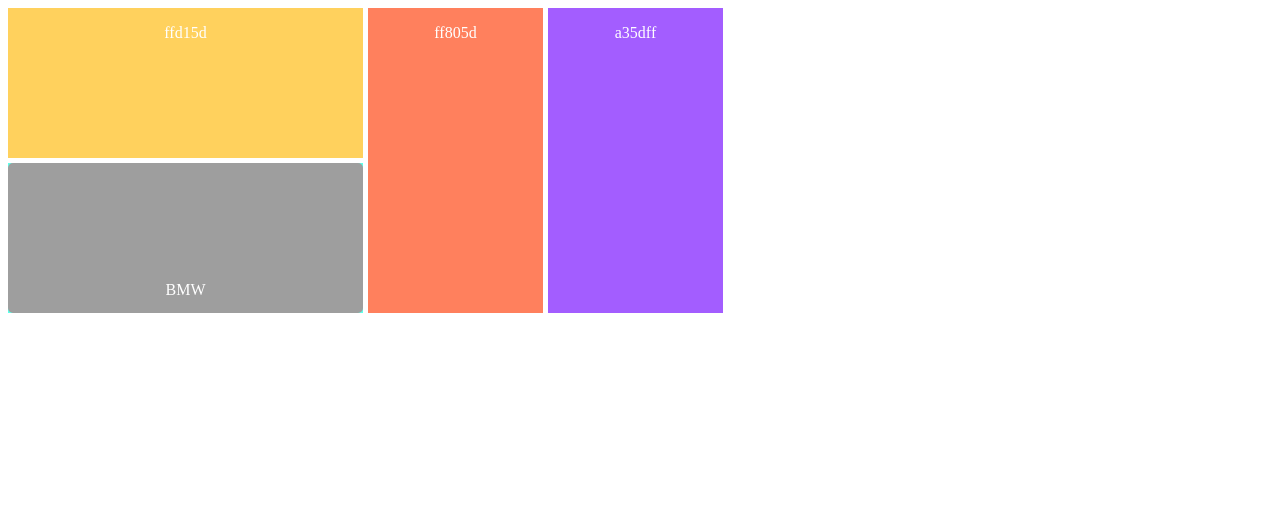
Repository: YoussefElsaygh/metrostyle
Page: index.html
An editor plug-in stored every save of this project. The page is shown before and after a run of saves, followed by the edit.
The browser window is 1280 px wide. The pictures show the whole page.
Pictures or frames that could not be fetched are drawn as grey boxes.

Above is the page before, as saved 2019-12-16 04:12:46.

### index.html
<!DOCTYPE html>
<html lang="en">
<head>
    <meta charset="UTF-8">
    <meta name="viewport" content="width=device-width, initial-scale=1.0">
    <meta http-equiv="X-UA-Compatible" content="ie=edge">
    <link  type="text/css" rel="stylesheet" href="index.css"/>

    <title>MetroStyle Colors</title>
</head>
<body>
 <div class="wrapper" id="wrapper"></div>
</body>
<script src="index.js"></script>
</html>

### index.css
.wrapper {
    overflow-x: scroll;
    overflow-y: hidden;
    width: 100%;
    display: grid;
    grid-gap: 5px;
    grid-template-columns:repeat(10,175px);
    grid-template-rows:repeat(3, 150px);
  }

### index.js
var scoperows=3;
var scopecols=1;
var scopeimages=[{
    type: 2,
    align:'horizontal',

    data: {
        imageSource:"https://images.cdn.circlesix.co/image/1/1920/0/uploads/articles/manhart-i8-543e473b4a19b.jpg",
        clickCallback: () => {
            console.log("item clicked ");
        },
        backgroundStyle: {
            backgroundColor: "#5dffe9"
        },
        text: {
            label: "BMW",
            textStyle: {
                color: "white"
            }
        },
    },
},
{
    type: 2,
    align:'vertical',

    data: {
        backgroundStyle: {
            backgroundColor: "#ff805d"
        },
        clickCallback: () => {
            console.log("item clicked ");
        },
        text: {
            label: "ff805d",
            textStyle: {
                color: "White"
            }
        }

    }},{
        type: 2,
        align:'horizontal',

        data: {
            backgroundStyle: {
                backgroundColor: "#ffd15d"
            },
            clickCallback: () => {
                console.log("item clicked ");
            },

            text: {
                label: "ffd15d",
                textStyle: {
                    color: "White"
                }
            }

        }},{
            type: 2,
            align:'vertical',

            data: {

                clickCallback: () => {
                    console.log("item clicked ");
                },
                backgroundStyle: {
                    backgroundColor: "#a35dff"
                },
                text: {
                    label: "a35dff",
                    textStyle: {
                        color: "White"
                    }
                }

            }}]

                var scopegridView = new Array(scoperows);
                            for (let i = 0; i < scopegridView.length; i++) {
                                scopegridView[i] = new Array(scopecols);
                                for (let j = 0; j < scopegridView[i].length; j++) {
                                    scopegridView[i][j] = 0;
                                }
                            }

                            for (let i = 0; i < scopeimages.length; i++) {
                                draw(scopeimages[i]);
                            }

            function setStyle(elem, propertyObject) {
                for (var property in propertyObject)
                    elem.style[property] = propertyObject[property];
            }

            function populateDataInField({row, col, img, divStyle, imageStyle}) {
                 if(img.align=='horizontal') {
                    for (let i = 0; i < img.type; i++) {
                        scopegridView[row][col + i] = 1;
                    }
                }
                else{
                    for (let i = 0; i < img.type; i++) {
                        scopegridView[row + i][col] = 1;
                    }
                }

                let div = document.createElement("DIV");
                let image = document.createElement("IMG");
                let paragraph = document.createElement("P");

                setStyle(div, divStyle);

                if (img.data) {
                    div.onclick = img.data.clickCallback;
                    setStyle(div, img.data.backgroundStyle);
                    if (img.data.imageSource) {
                        /**
                         * In case of full block image
                         * @type {string}
                         */
                        image.src = img.data.imageSource;
                        image.onerror = function() {
                            if(img.data.imageErrSrc){
                            image.src = img.data.imageErrSrc;
                            }

                        }

                        setStyle(image, {
                            maxWidth: "100%",
                            height: "100%",
                            width: "100%",
                            objectFit: "cover",
                            objectPosition:'100% 20%',
                            borderRadius:"5px"

                        });
                        setStyle(image, imageStyle);
                        div.appendChild(image);
                        if (img.data.text && img.data.text.label) {
                            setStyle(paragraph, {
                                position: "relative",
                                top: "-52px",
                                wordBreak: 'break-word'
                            });
                        }
                    } else {
                        /**
                         * In case of small icon only
                         */
                        if (img.data.icon && img.data.icon.iconSource) {
                            image.src = img.data.icon.iconSource;
                            setStyle(image, {
                                maxWidth: "50%",
                                padding: "10px"
                            });
                            setStyle(image, img.data.icon.iconStyle);
                            div.appendChild(image);
                            if (img.data.text && img.data.text.label) {
                                // setStyle(paragraph, {
                                //   paddingTop: ""
                                // });
                            }
                        }
                    }
                    if (img.data.text) {
                        if (img.data.text.label) {
                            paragraph.innerHTML = img.data.text.label;

                            setStyle(paragraph, {
                                textAlign: "center"
                            });
                            setStyle(paragraph, img.data.text.textStyle);

                            div.appendChild(paragraph);
                        }
                    }
                }
                document.getElementById("wrapper").appendChild(div);
            }

            function compareRowArray(col, row, gridView, type) {
                if (type == 0) {
                    return true;
                } else {
                    return (
                        gridView[row + type - 1][col] == 0 &&
                        compareRowArray(col, row, gridView, type - 1)
                    );
                }
            }

            function compareColArray(col, row, gridView, type) {
                if (type == 0) {
                    return true;
                } else {
                    return (
                        gridView[row][col + type - 1] == 0 &&
                        compareColArray(col, row, gridView, type - 1)
                    );
                }
            }

            function addColumn(var_rows, var_cols, gridView) {
                for (let i = 0; i < scoperows; i++) {
                    gridView[i].push(0);
                }
                scopecols++;
            }

            /**
             * return true in case there is no available row
             * @returns {boolean}
             */
            function rowCheckAvaialble(row, type) {
                return row < scoperows - type + 1;
            }

            /**
             * return true in case there is no available column
             * @returns {boolean}
             */
            function colCheckAvaialble(col, type) {
                return col < scopecols - type + 1;
            }

            function checkAvailableSinglePlace() {
                for (var i = 0; i < scoperows; i++) {
                    for (var j = 0; j < scopecols; j++) {
                        if (scopegridView[i][j] == 0) {
                            return true;
                        }
                    }
                }
                return false;
            }

            function checkAvailableVerticalPlace(type) {
                for (let i = 0; i < scoperows; i++) {
                    for (let j = 0; j < scopecols; j++) {
                        if (i + type - 1 < scoperows)
                            if (compareRowArray(j, i, scopegridView, type)) {
                                return true;
                            }
                    }
                }
                return false;
            }

            function checkAvailableTripleHorizontalPlace(type) {
                for (let i = 0; i < scoperows; i++) {
                    for (let j = 0; j < scopecols; j++) {
                        if (j + type - 1 < scopecols)
                            if (compareColArray(j, i, scopegridView, type)) {
                                return true;
                            }
                    }
                }
                return false;
            }

            function rowPopulation({row, col, img}) {
                populateDataInField({
                    row,
                    col,
                    img,
                    divStyle: {
                        gridColumnStart: col + 1,
                        gridColumnEnd: col + 2,
                        gridRowStart: row + 1,
                        gridRowEnd: row + img.type + 1
                        // borderRadius:'5px'
                    }
                });
            }

            function colPopulation({row, col, img}) {
                populateDataInField({
                    row,
                    col,
                    img,
                    divStyle: {
                        gridColumnStart: col + 1,
                        gridColumnEnd: col + 1 + img.type,
                        gridRowStart: row + 1,
                        gridRowEnd: row + 2
                        // borderRadius:'5px'

                    }
                });
            }

            function draw(img) {
                outer_loop: for (let col = 0; col < scopecols; col++) {
                    for (let row = 0; row < scoperows; row++) {
                        switch (img.align) {
                            case 'vertical':
                                case undefined:

                                if (checkAvailableVerticalPlace(img.type)) {
                                    if (rowCheckAvaialble(row, img.type) && compareRowArray(col, row, scopegridView, img.type)) {
                                        rowPopulation({row, col, img});
                                        break outer_loop;
                                    }

                                } else {
                                    addColumn(scoperows, scopecols, scopegridView);
                                }

                                break;
                            case 'horizontal':
                                if (checkAvailableTripleHorizontalPlace(img.type)) {
                                    if (colCheckAvaialble(col, img.type) && compareColArray(col, row, scopegridView, img.type)) {
                                        colPopulation({row, col, img});
                                        break outer_loop;
                                    }

                                } else {
                                    addColumn(scoperows, scopecols, scopegridView);
                                }
                                break;
                                default:
                                        if (
                                                    scopegridView[row][col] != 0 &&
                                                    !checkAvailableSinglePlace()
                                                ) {
                                                    addColumn(scoperows, scopecols, scopegridView);
                                                    break;
                                                }

                                                if (scopegridView[row][col] == 0) {
                                                    scopegridView[row][col] = 1;
                                                    populateDataInField({
                                                        row,
                                                        col,
                                                        img,
                                                        divStyle: {
                                                            gridColumnStart: col + 1,
                                                            gridColumnEnd: col + 2,
                                                            gridRowStart: row + 1,
                                                            gridRowEnd: row + 2
                                                            // borderRadius:'5px',

                                                        }
                                                    });

                                                    break outer_loop;
                                                }
                                    break;
                        }
                    }
                }
            }

After the next 2 saves:
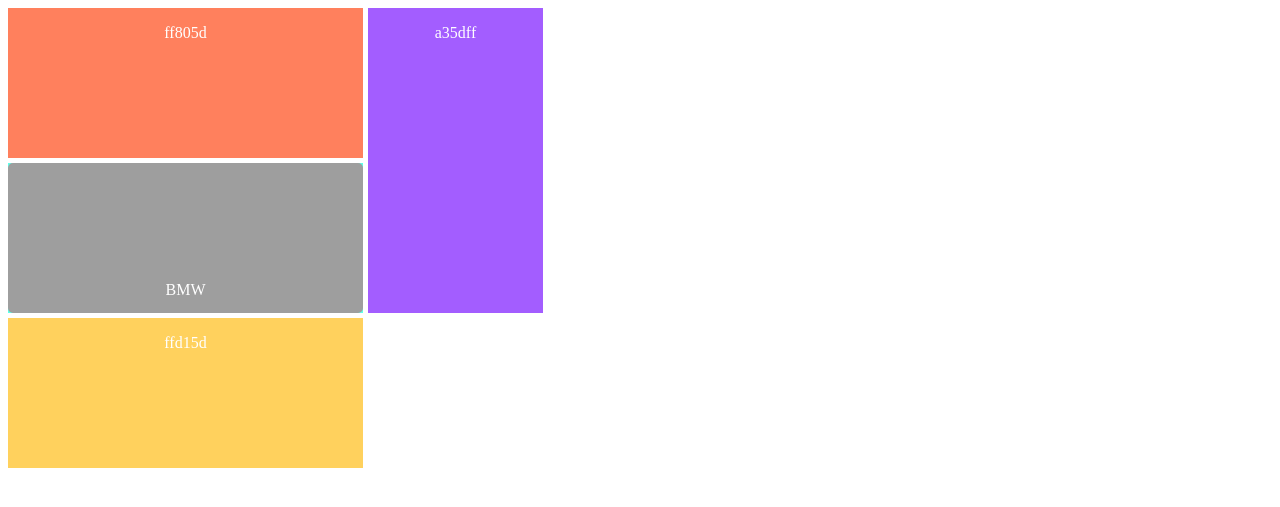
The 2 saves are shown as one change because they came seconds apart.
The last was saved 6 s later.
--- a/index.js
+++ b/index.js
@@ -22,7 +22,7 @@
 },
 {
     type: 2,
-    align:'vertical',
+    align:'horizontal',
 
     data: {
         backgroundStyle: {
